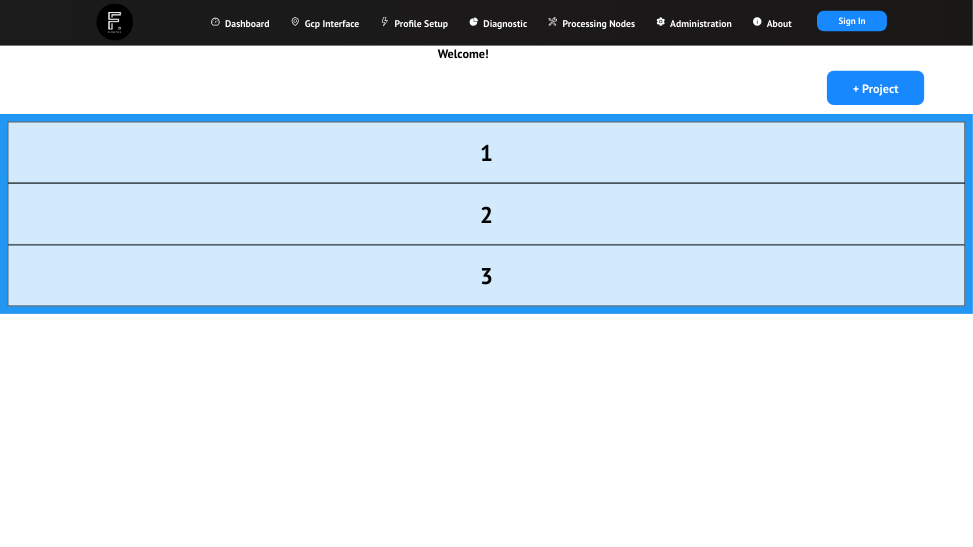
Repository: Akshaykumar1111/akki
Page: /Dashboard
An editor plug-in stored every save of this project. The page is shown before and after the next save, followed by the edit.
The browser window is 1280 px wide. The pictures show the whole page, at 76% of full size.
Some web libraries are served in a nearby version. The project was rebuilt for these pictures with package versions that can differ from the ones it lists, and the page was loaded fresh each time. Also part of the build but not shown: src/components/pages/Administration.css, src/components/pages/Administration.js, src/components/pages/Diagnostic.js, src/components/pages/ProfileSetup.js, src/components/pages/GcpInterface.js, src/components/pages/ProcessingNodes.js, src/components/pages/About.js, src/components/pages/Popup.css and 7 more.

Above is the page before, as saved 2022-10-20 12:23:36.

After the next save:
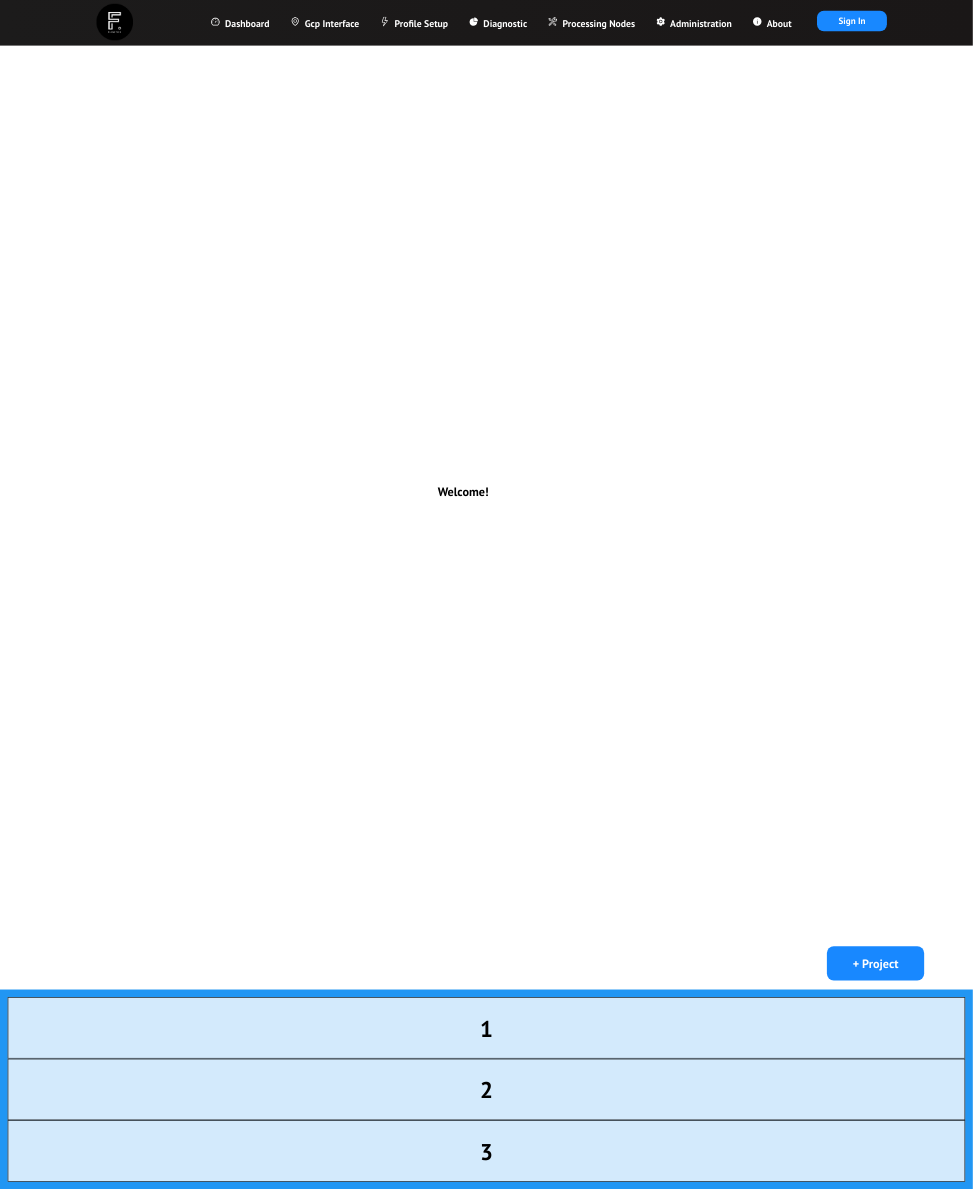
Saved 94 s later.
--- a/src/components/pages/Dashboard.js
+++ b/src/components/pages/Dashboard.js
@@ -6,7 +6,7 @@ import './Dashboard.css';
 
 export default function Dashboard() {
   return ( <>
-  <h class="Welcome">Welcome!</h>
+  <div class="Welcome">Welcome!</div>
   <button type="button" className='btn projectbtn'>+ Project</button>
   <div class="grid-container">
   <div class="grid-item">1</div>

After the save that followed:
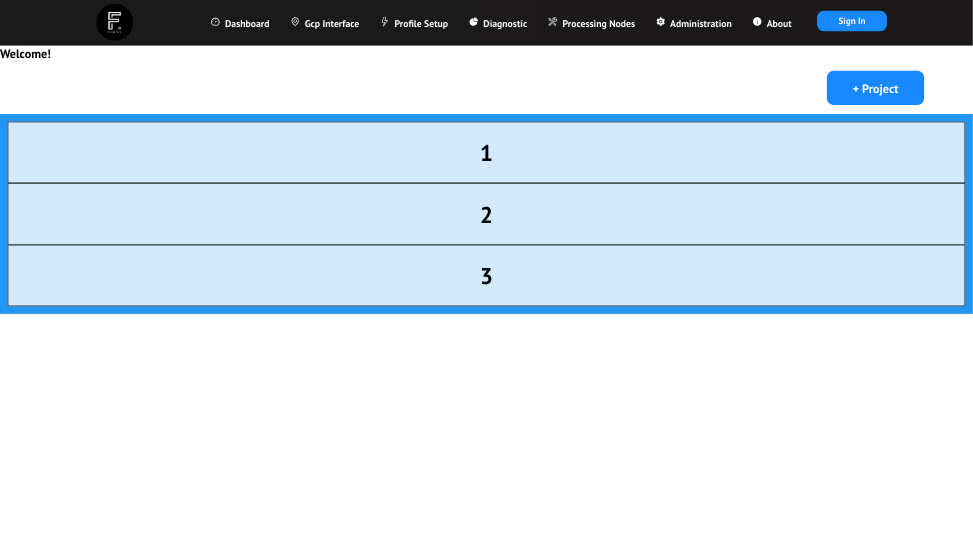
Saved 28 s later.
--- a/src/components/pages/Dashboard.css
+++ b/src/components/pages/Dashboard.css
@@ -12,5 +12,5 @@
     text-align: center;
   }
 .Welcome{
-    padding: 45%;
+
 }
